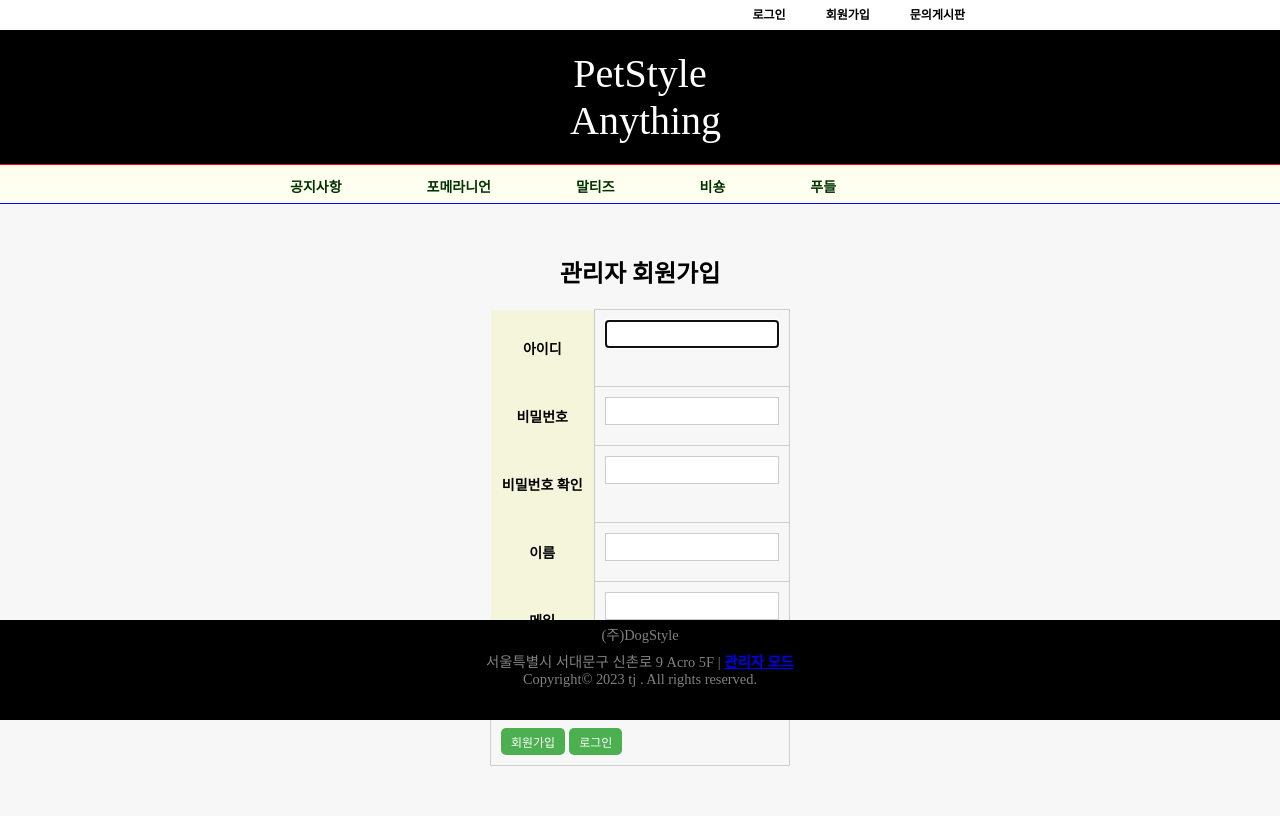
Repository: kdkk2000/Project
Page: http://localhost/petstyle/admin/adminJoin.jsp
These files come from the project's save history. The page is drawn as it stood at one moment and after the next save; the edit follows.
The browser window is 1280 px wide. The pictures show the whole page.
The page is served by Tomcat 9. The template is opened directly, without the code that normally fills it, so the values that code supplies are empty.

Above is the page before, as saved 2023-03-29 06:29:39.

After the next save:
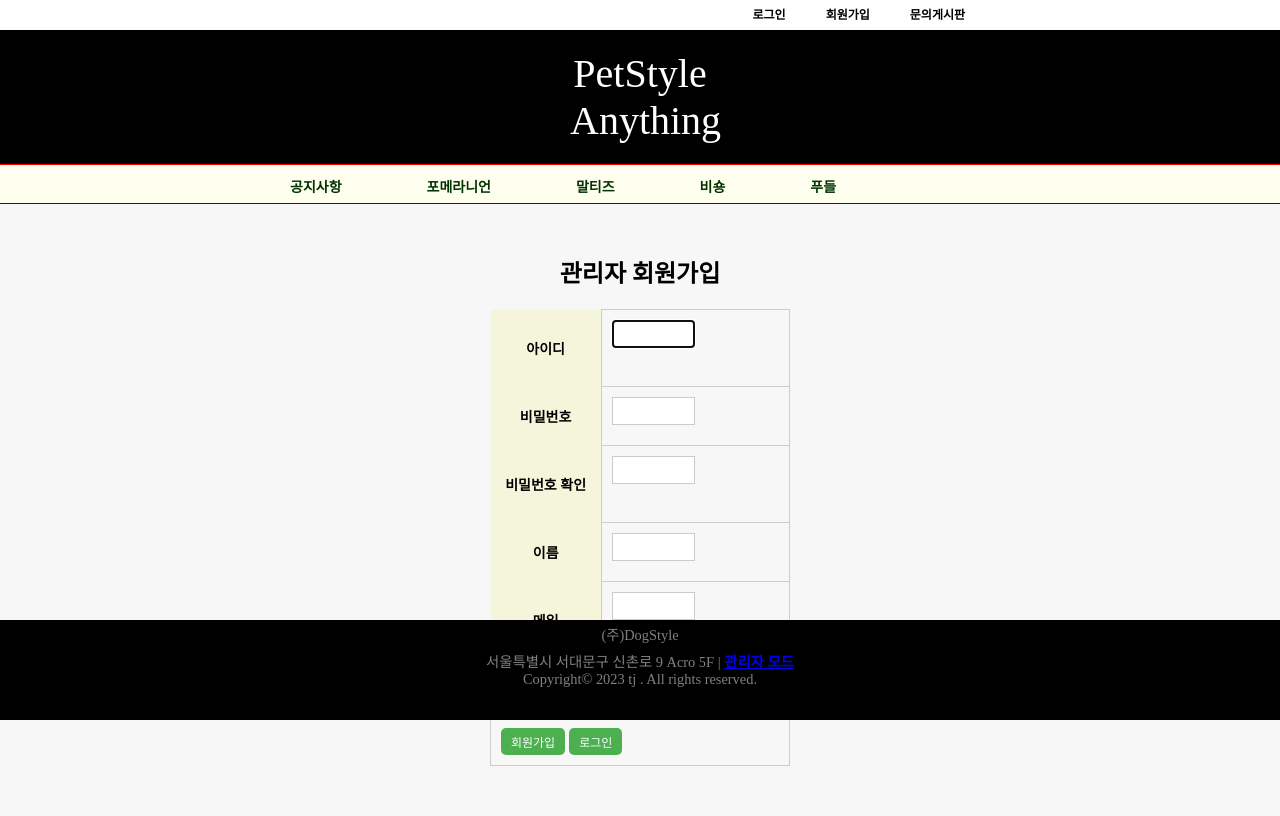
Saved 12 s later.
--- a/petstyle/WebContent/css/loginJoin.css
+++ b/petstyle/WebContent/css/loginJoin.css
@@ -41,7 +41,7 @@ table td {
 
 table td:first-child {
   font-weight: bold;
-  width: 100px;
+  width: 1000px;
 }
 
 input[type="text"],
@@ -50,7 +50,7 @@ textarea {
   border: 1px solid #ccc;
   padding: 6px;
   font-size: 12px;
-  width: 100%;
+  width: 50%;
   margin-bottom: 10px;
 }
 
